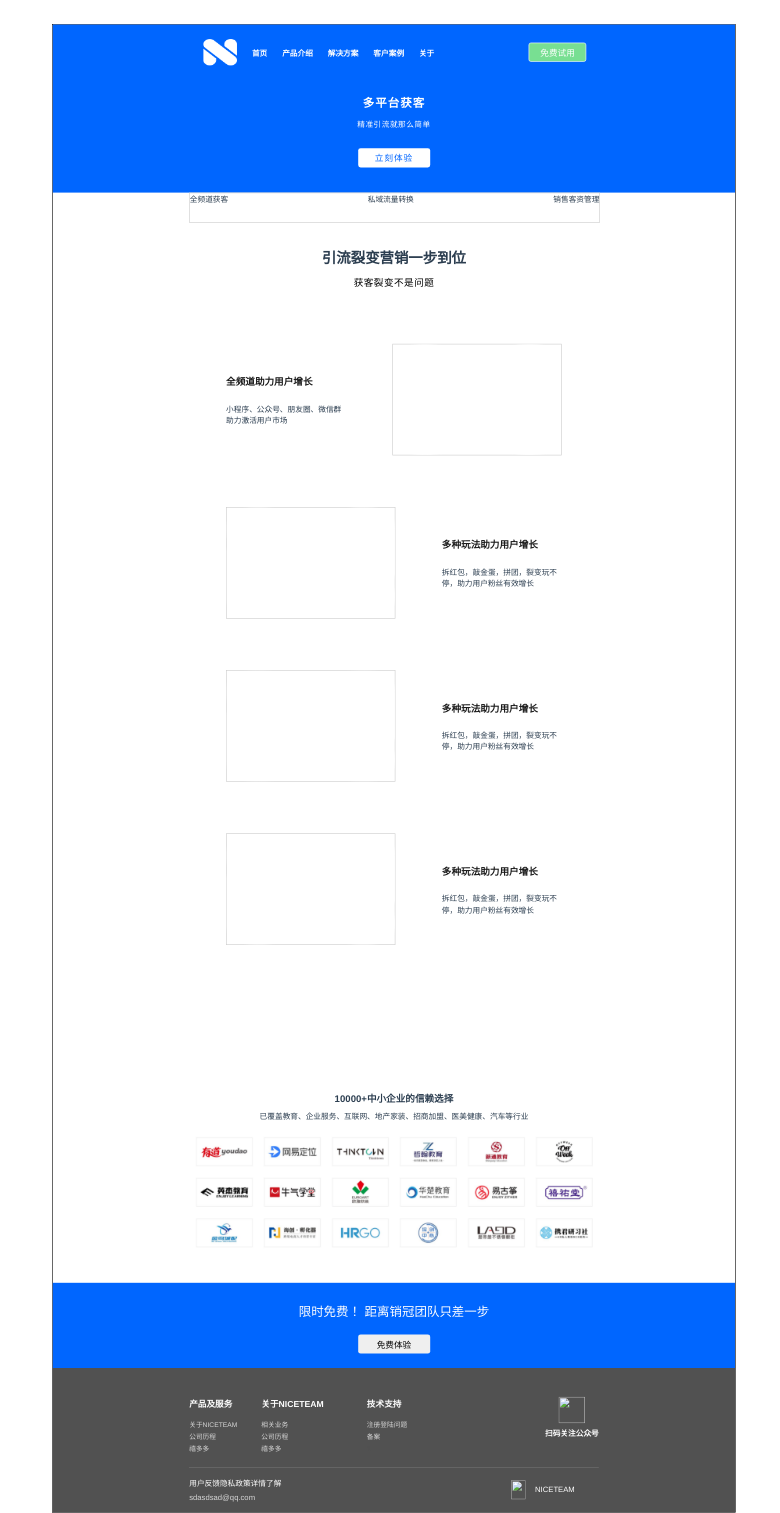
Repository: Alex-2020-0211/xrkj-guanwang
Page: /#/productintroduction (app in src/)
The author's editor kept a copy of each file at every save. The page is drawn from the files as they stood at one save, then again after the next save.
The browser window is 1280 px wide. The page is 1300 px wide, so the pictures cover 1300 px, including what lies to the right of the window. The pictures show the whole page, at 60% of full size.
The project was rebuilt for these pictures with package versions that can differ from the ones it lists, and the page was loaded fresh each time. Also part of the build but not shown: src/src/components/Header.vue, src/src/views/Home.vue.

Above is the page before, as saved 2021-01-07 18:12:06.

After the next save:
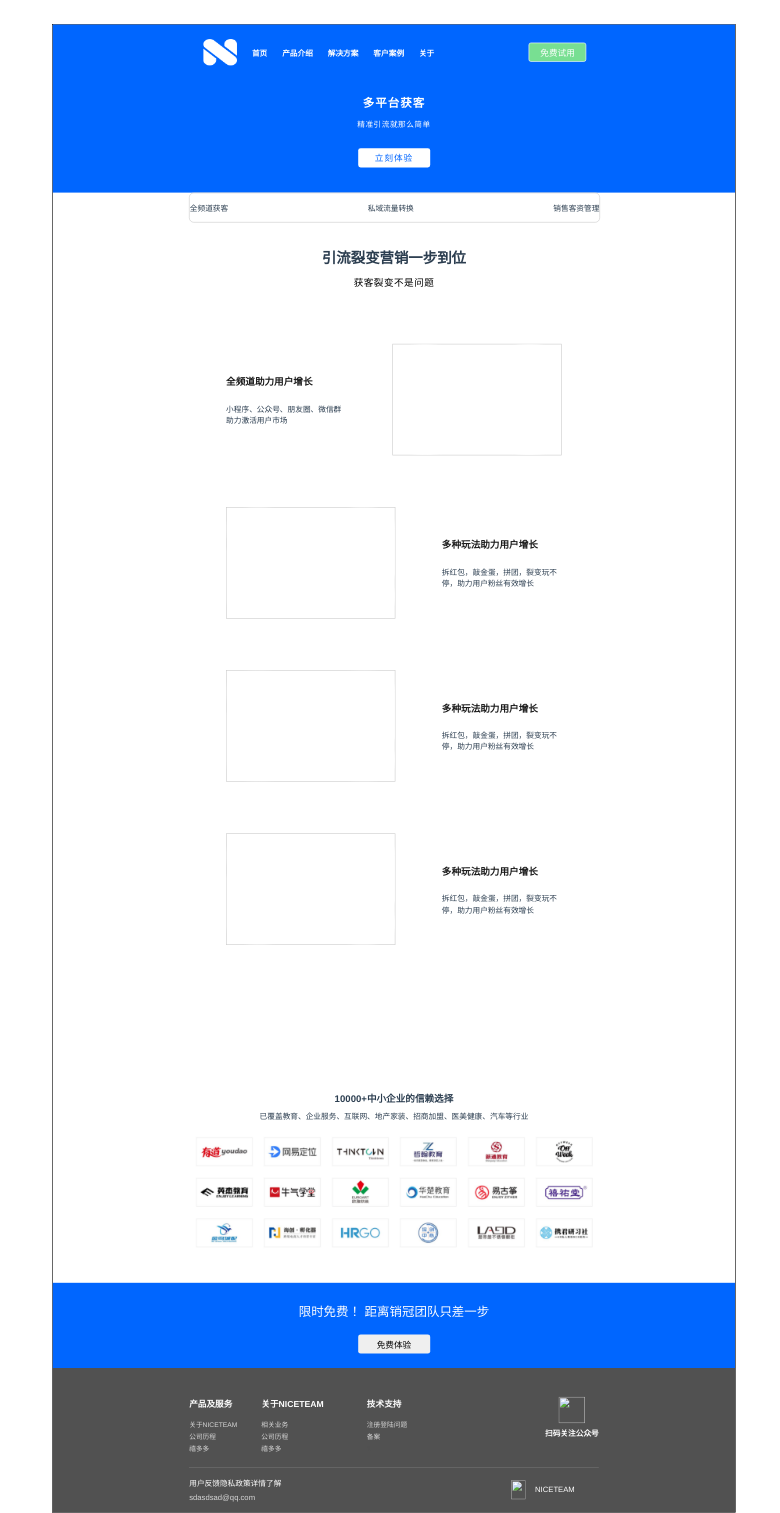
Saved 26 s later.
--- a/src/src/views/ProductIntroduction.vue
+++ b/src/src/views/ProductIntroduction.vue
@@ -225,7 +225,9 @@
       height: 0.6rem;
       display: flex;
       justify-content: space-between;
+      align-items: center;
       border: 0.01rem solid #ccc;
+      border-radius: 0.1rem;
     }
     // OneStop
     .oneStop {
